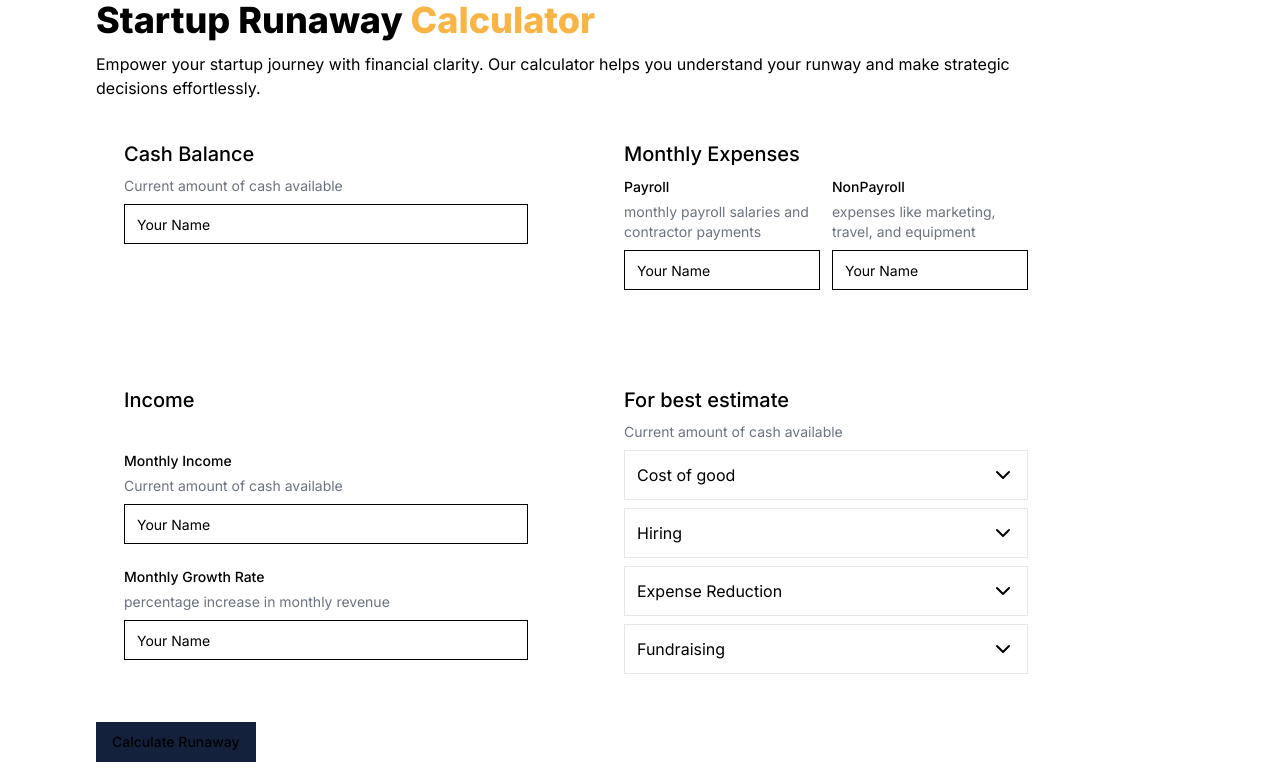
Repository: wossenF/startup-runaway-calculator
Page: /
The author's editor kept a copy of each file at every save. The page is drawn from the files as they stood at one save, then again after a run of saves.
The browser window is 1280 px wide. The pictures show the whole page.
The project was rebuilt for these pictures with package versions that can differ from the ones it lists, and the page was loaded fresh each time. The framework's server and built-in components were replaced by stand-ins that run in the browser. Also part of the build but not shown: next.config.mjs.

Above is the page before, as saved 2024-04-08 13:53:17.

### src/app/page.tsx
import UserInput from "../components/UserInput";
import {Button} from '../components/ui/button'
export default function Home() {
  return (
    <main className="ml-24 w-3/4 mx-auto">
      <h1 className="font-extrabold text-4xl">Startup Runaway <span className="text-[#FAB446]">Calculator</span></h1>
      <p className="mx-auto max-w-screen-md lg:max-w-screen-lg xl:max-w-screen-xl p-3 pl-0">Empower your startup journey with financial clarity. Our calculator  helps you understand your runway and make strategic decisions  effortlessly.</p>
      <UserInput/>
      <Button className="mb-4">Calculate Runaway</Button>
    </main>
  );
}

### src/components/UserInput.tsx
"use client";
import { Input } from "./ui/input";
import { Label } from "./ui/label";
import { ChevronDown } from "lucide-react";
import {Button} from "./ui/button"
const UserInput = () => {
  return (
    <>
    <div className="grid grid-cols-1 lg:grid-cols-2 gap-10 pb-5">
      <div className="bg-secondary/50 rounded-lg p-7  ">
        <form className="grid gap-2">
          <Label className="font-medium text-xl">Cash Balance</Label>
          <p className="text-gray-500 text-sm ">
            Current amount of cash available
          </p>
          <Input name="name" placeholder="Your Name" />
        </form>
      </div>

      <div className=" bg-secondary/50 rounded-lg p-7  grid gap-2">
        <Label className="font-medium text-xl">Monthly Expenses</Label>
        <div className="grid grid-cols-2 gap-3 pt-1">
          <div>
            <form className="grid gap-2">
              <Label className="">Payroll</Label>
              <p className="text-gray-500 text-sm ">
                monthly payroll salaries and contractor payments
              </p>
              <Input name="name" placeholder="Your Name" />
            </form>
          </div>
          <div>
            <form className="grid gap-2">
              <Label className="">NonPayroll</Label>
              <p className="text-gray-500 text-sm ">
                expenses like marketing, travel, and equipment
              </p>
              <Input name="name" placeholder="Your Name" />
            </form>
          </div>
        </div>
      </div>

      <div className=" bg-secondary/50 rounded-lg p-7  grid gap-2">
        <Label className="font-medium text-xl">Income</Label>
        <div className="grid gap-3 pt-1">
          <div>
            <form className="grid gap-2">
              <Label className="">Monthly Income</Label>
              <p className="text-gray-500 text-sm ">
                Current amount of cash available
              </p>
              <Input name="name" placeholder="Your Name" />
            </form>
          </div>
          <div>
            <form className="grid gap-2">
              <Label className="">Monthly Growth Rate</Label>
              <p className="text-gray-500 text-sm ">
                percentage increase in monthly revenue
              </p>
              <Input name="name" placeholder="Your Name" />
            </form>
          </div>
        </div>
      </div>

      <div className="bg-secondary/50 rounded-lg p-7  ">
        <form className="grid gap-2">
          <Label className="font-medium text-xl">For best estimate</Label>
          <p className="text-gray-500 text-sm ">
            Current amount of cash available
          </p>
          <div className="p-3 gap-20 border rounded-md  ">
            <div className="flex justify-between ">
              <p>Cost of good </p>
              <ChevronDown />
            </div>

            <div className=" hidden p-5 bg-slate-100 m-2">
            <form className="grid gap-2">
              <Label className="">Payroll</Label>
              <p className="text-gray-500 text-sm ">
                monthly payroll salaries and contractor payments
              </p>
              <Input name="name" placeholder="Your Name" />
            </form>
          </div>
          </div>
          <div className="flex justify-between p-3 gap-20 border rounded-md  ">
            <p>Hiring</p>
            <ChevronDown />
          </div>
          <div className="flex justify-between p-3 gap-20 border rounded-md  ">
            <p>Expense Reduction</p>
            <ChevronDown />
          </div>
          <div className="flex justify-between p-3 gap-20 border rounded-md  ">
            <p>Fundraising</p>
            <ChevronDown />
          </div>
        </form>
      </div>
    </div>

    </>
  );
};

export default UserInput;

### src/components/ui/button.tsx
import * as React from "react"
import { Slot } from "@radix-ui/react-slot"
import { cva, type VariantProps } from "class-variance-authority"

import { cn } from "@/lib/utils"

const buttonVariants = cva(
  "inline-flex items-center justify-center whitespace-nowrap text-sm font-medium ring-offset-background transition-colors focus-visible:outline-none focus-visible:ring-2 focus-visible:ring-ring focus-visible:ring-offset-2 disabled:pointer-events-none disabled:opacity-50",
  {
    variants: {
      variant: {
        default: "bg-[#13213C] text-primary-foreground hover:bg-primary/90",
        destructive:
          "bg-destructive text-destructive-foreground hover:bg-destructive/90",
        outline:
          "border border-input bg-background hover:bg-accent hover:text-accent-foreground",
        secondary:
          "bg-secondary text-secondary-foreground hover:bg-secondary/80",
        ghost: "hover:bg-accent hover:text-accent-foreground",
        link: "text-primary underline-offset-4 hover:underline",
      },
      size: {
        default: "h-10 px-4 py-2",
        sm: "h-9 rounded-md px-3",
        lg: "h-11 rounded-md px-8",
        icon: "h-10 w-10",
      },
    },
    defaultVariants: {
      variant: "default",
      size: "default",
    },
  }
)

export interface ButtonProps
  extends React.ButtonHTMLAttributes<HTMLButtonElement>,
    VariantProps<typeof buttonVariants> {
  asChild?: boolean
}

const Button = React.forwardRef<HTMLButtonElement, ButtonProps>(
  ({ className, variant, size, asChild = false, ...props }, ref) => {
    const Comp = asChild ? Slot : "button"
    return (
      <Comp
        className={cn(buttonVariants({ variant, size, className }))}
        ref={ref}
        {...props}
      />
    )
  }
)
Button.displayName = "Button"

export { Button, buttonVariants }

### src/components/ui/input.tsx
import * as React from "react"

import { cn } from "@/lib/utils"

export interface InputProps
  extends React.InputHTMLAttributes<HTMLInputElement> {}

const Input = React.forwardRef<HTMLInputElement, InputProps>(
  ({ className, type, ...props }, ref) => {
    return (
      <input
        type={type}
        className={cn(
          "flex h-10 w-full rounded-md border border-input bg-background px-3 py-2 text-sm ring-offset-background file:border-0 file:bg-transparent file:text-sm file:font-medium placeholder:text-muted-foreground focus-visible:outline-none focus-visible:ring-2 focus-visible:ring-ring focus-visible:ring-offset-2 disabled:cursor-not-allowed disabled:opacity-50",
          className
        )}
        ref={ref}
        {...props}
      />
    )
  }
)
Input.displayName = "Input"

export { Input }

### src/components/ui/label.tsx
"use client"

import * as React from "react"
import * as LabelPrimitive from "@radix-ui/react-label"
import { cva, type VariantProps } from "class-variance-authority"

import { cn } from "@/lib/utils"

const labelVariants = cva(
  "text-sm font-medium leading-none peer-disabled:cursor-not-allowed peer-disabled:opacity-70"
)

const Label = React.forwardRef<
  React.ElementRef<typeof LabelPrimitive.Root>,
  React.ComponentPropsWithoutRef<typeof LabelPrimitive.Root> &
    VariantProps<typeof labelVariants>
>(({ className, ...props }, ref) => (
  <LabelPrimitive.Root
    ref={ref}
    className={cn(labelVariants(), className)}
    {...props}
  />
))
Label.displayName = LabelPrimitive.Root.displayName

export { Label }

Loaded but not shown: src/app/layout.tsx (common file); src/app/globals.css (common file); src/lib/utils.ts (common file); tailwind.config.ts (common file)

After the next 2 saves:
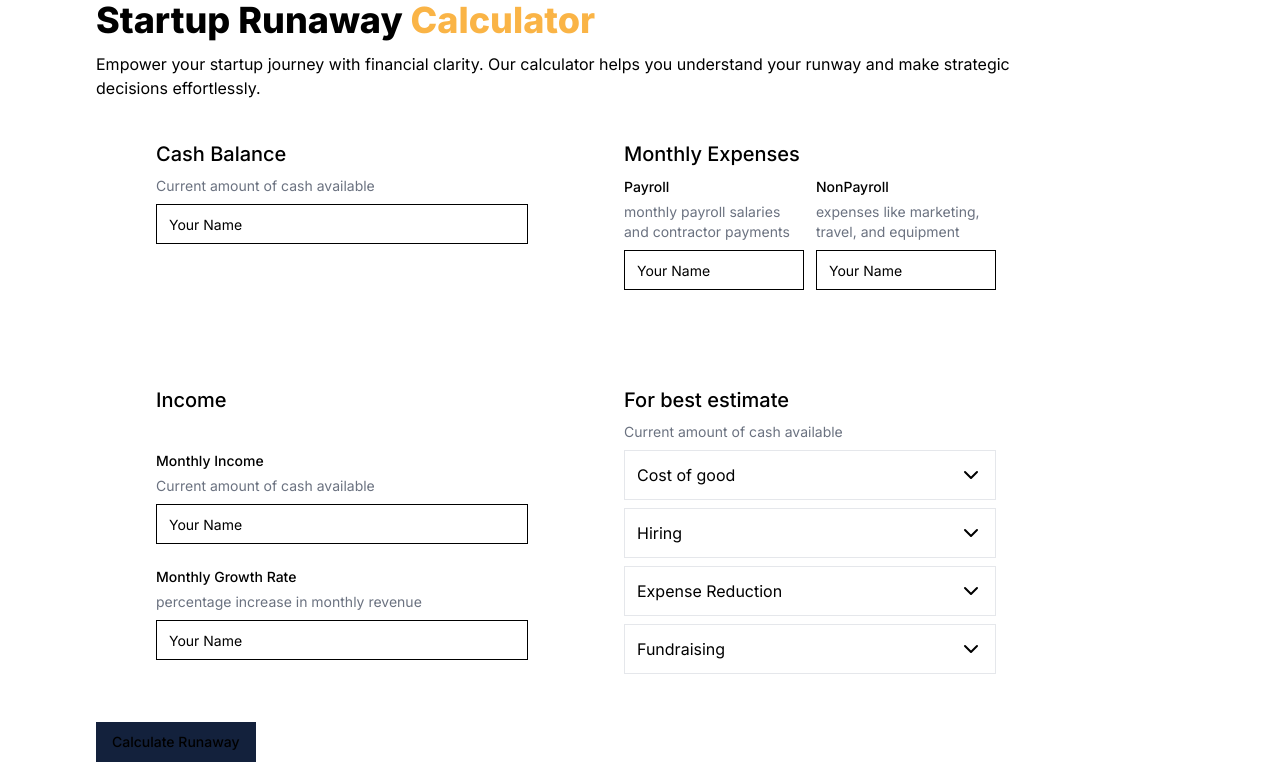
The 2 saves are shown as one change because they came seconds apart.
The last was saved 58 s later.
--- a/src/components/UserInput.tsx
+++ b/src/components/UserInput.tsx
@@ -6,7 +6,7 @@ import {Button} from "./ui/button"
 const UserInput = () => {
   return (
     <>
-    <div className="grid grid-cols-1 lg:grid-cols-2 gap-10 pb-5">
+    <div className="container grid grid-cols-1 lg:grid-cols-2 gap-10 pb-5">
       <div className="bg-secondary/50 rounded-lg p-7  ">
         <form className="grid gap-2">
           <Label className="font-medium text-xl">Cash Balance</Label>
